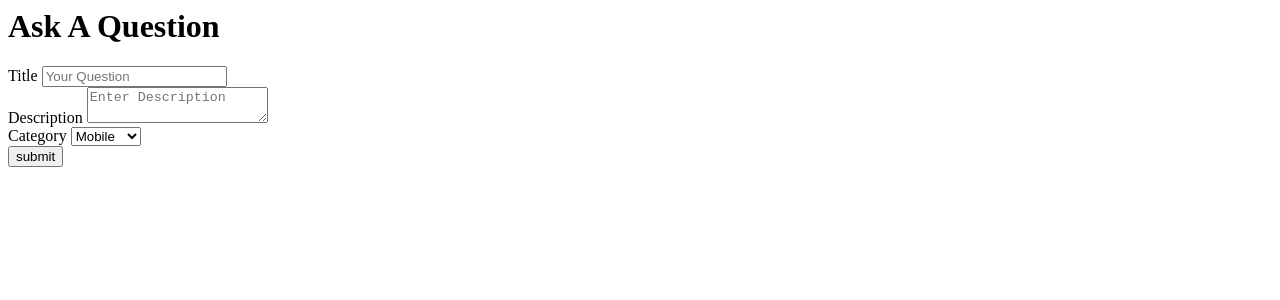
Repository: zeeShanizeeshan/php-project
Page: http://localhost/client/ask.php
These files come from the project's save history. The page is drawn as it stood at one moment and after the next save; the edit follows.
The browser window is 1280 px wide. The pictures show the whole page.
The page is run by PHP 8.4 with error messages shown; the project is at /var/www/html/.

Above is the page before, as saved 2025-12-08 16:20:41.

### client/ask.php
<div class="container">
    <h1 class="heading">Ask A Question</h1>
    <form action="./server/requests.php" method="post">

        <div class="col-6 offset-sm-3 margin-bottom">
            <label for="title" class="form-label">Title</label>
            <input type="text" name="title" class="form-control" id="title" placeholder="Your Question">
        </div>

        <div class="col-6 offset-sm-3 margin-bottom">
            <label for="description" class="form-label">Description</label>
            <textarea name="description" class="form-control" id="description" placeholder="Enter Description"></textarea>
        </div>

        <div class="col-6 offset-sm-3 margin-bottom">
            <label for="category" class="form-label">Category</label>
            <select class="form-control" name="category" id="category">
                <option value="">Mobile</option>
                <option value="">General</option>
                <option value="">Coding</option>
            </select>
        </div>

        <div class="col-6 offset-sm-3">
            <button type="submit" name="login" class="btn btn-primary">submit</button>

        </div>
    </form>
</div>

Loaded but not shown: client/category.php (no stored copy; drawn as an empty file)

After the next save:
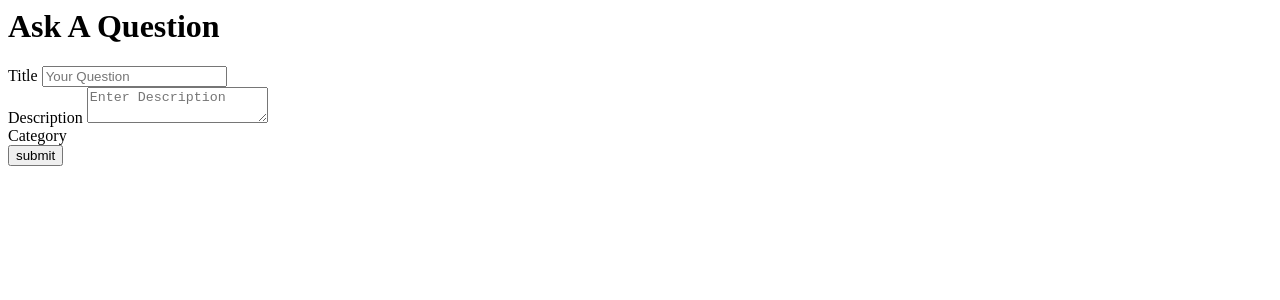
Saved 2 min 48 s later.
--- a/client/ask.php
+++ b/client/ask.php
@@ -14,11 +14,9 @@
 
         <div class="col-6 offset-sm-3 margin-bottom">
             <label for="category" class="form-label">Category</label>
-            <select class="form-control" name="category" id="category">
-                <option value="">Mobile</option>
-                <option value="">General</option>
-                <option value="">Coding</option>
-            </select>
+            <?php
+            include('category.php');
+            ?>
         </div>
 
         <div class="col-6 offset-sm-3">
